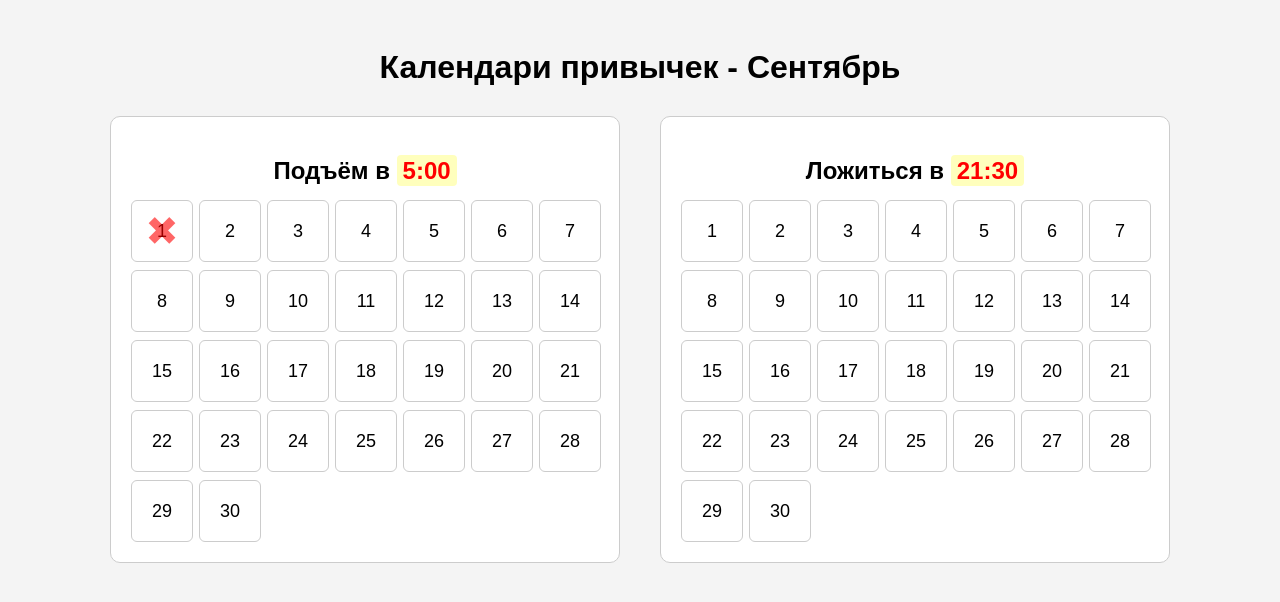
Repository: Pavel1776/doublecalendar
Page: index.html
An editor plug-in stored every save of this project. The page is shown before and after the next save, followed by the edit.
The browser window is 1280 px wide. The pictures show the whole page.
After loading, the first visible `div.day` was clicked once.

Above is the page before, as saved 2025-09-17 15:14:42.

### index.html
<!DOCTYPE html>
<html lang="ru">

<head>
  <meta charset="UTF-8" />
  <meta name="viewport" content="width=device-width, initial-scale=1.0" />
  <link href="style.css" rel="stylesheet" />
  <title>Календари привычек</title>
</head>

<body>

  <h1>Календари привычек - Сентябрь</h1>

  <div class="calendars-container">
    <!-- Первый календарь -->
    <div class="calendar">
      <h2>Подъём в <span class="highlight">5:00</span></h2>
      <div class="calendar-grid" id="calendar1"></div>
    </div>

    <!-- Второй календарь -->
    <div class="calendar">
      <h2>Ложиться в <span class="highlight">21:30</span></h2>
      <div class="calendar-grid" id="calendar2"></div>
    </div>
  </div>

  <script src="script.js"></script>
</body>

</html>

### style.css
body {
  font-family: Arial, sans-serif;
  background: #f4f4f4;
  display: flex;
  flex-direction: column;
  align-items: center;
  padding: 20px;
}

h1 {
  margin-bottom: 30px;
}

.calendars-container {
  display: flex;              /* календари в ряд */
  justify-content: center;
  gap: 40px;                  /* расстояние между ними */
  flex-wrap: wrap;            /* если мало места — перенос */
}

.calendar {
  background: #fff;
  border: 1px solid #ccc;
  border-radius: 10px;
  padding: 20px;
  text-align: center;
}

.calendar h2 {
  margin-bottom: 15px;
}

.calendar-grid {
  display: grid;
  grid-template-columns: repeat(7, 60px);
  gap: 8px;
}

.day {
  width: 60px;
  height: 60px;
  display: flex;
  align-items: center;
  justify-content: center;
  background: white;
  border: 1px solid #ccc;
  font-size: 18px;
  cursor: pointer;
  position: relative;
}

.day.crossed::after {
  content: "✖";
  color: rgba(255, 0, 0, 0.6);
  font-size: 40px;
  position: absolute;
}

.day.success::after {
  content: "✔";
  color: rgba(0, 200, 0, 0.6);
  font-size: 40px;
  position: absolute;
}

.highlight {
  font-weight: bold;
  color: red;
  background-color: rgba(255, 255, 0, 0.3);
  padding: 2px 4px;
  border-radius: 4px;
}
body {
  font-family: Arial, sans-serif;
  background: #f4f4f4;
  display: flex;
  flex-direction: column;
  align-items: center;
  padding: 20px;
}

h1 {
  margin-bottom: 30px;
}

.calendars-container {
  display: flex;
  justify-content: center;
  gap: 40px;
  flex-wrap: wrap;
}

.calendar {
  background: #fff;
  border: 1px solid #ccc;
  border-radius: 10px;
  padding: 20px;
  text-align: center;
  min-width: 460px; /* чтобы сетка 7*60px помещалась */
}

.calendar h2 {
  margin-bottom: 15px;
}

.calendar-grid {
  display: grid;
  grid-template-columns: repeat(7, 60px);
  gap: 8px;
}

.day {
  width: 60px;
  height: 60px;
  display: flex;
  align-items: center;
  justify-content: center;
  background: white;
  border: 1px solid #ccc;
  font-size: 18px;
  cursor: pointer;
  position: relative;
  user-select: none;
  border-radius: 6px;
}

/* Успех — зелёная прозрачная галочка */
.day.success::after {
  content: "✔";
  color: rgba(0, 200, 0, 0.6);
  font-size: 40px;
  position: absolute;
  pointer-events: none;
}

/* Неудача — красный крестик */
.day.fail::after {
  content: "✖";
  color: rgba(255, 0, 0, 0.85);
  font-size: 40px;
  position: absolute;
  pointer-events: none;
}

.highlight {
  font-weight: bold;
  color: red;
  background-color: rgba(255, 255, 0, 0.26);
  padding: 2px 6px;
  border-radius: 4px;
}

### script.js
const daysInSeptember = 30;

// Отдельные массивы для каждого календаря
let crossedDays1 = JSON.parse(localStorage.getItem("crossedDays1")) || [];
let crossedDays2 = JSON.parse(localStorage.getItem("crossedDays2")) || [];

// Функция для отрисовки календаря
function renderCalendar(containerId, crossedDays, storageKey, crossClass) {
  const calendar = document.getElementById(containerId);

  for (let i = 1; i <= daysInSeptember; i++) {
    const day = document.createElement("div");
    day.classList.add("day");
    day.textContent = i;

    if (crossedDays.includes(i)) {
      day.classList.add(crossClass);
    }

    day.addEventListener("click", () => {
      day.classList.toggle(crossClass);

      if (day.classList.contains(crossClass)) {
        crossedDays.push(i);
      } else {
        crossedDays = crossedDays.filter(d => d !== i);
      }

      localStorage.setItem(storageKey, JSON.stringify(crossedDays));
    });

    calendar.appendChild(day);
  }
}

// Первый календарь (крестики)
renderCalendar("calendar1", crossedDays1, "crossedDays1", "crossed");

// Второй календарь (галочки)
renderCalendar("calendar2", crossedDays2, "crossedDays2", "success");

After the next save:
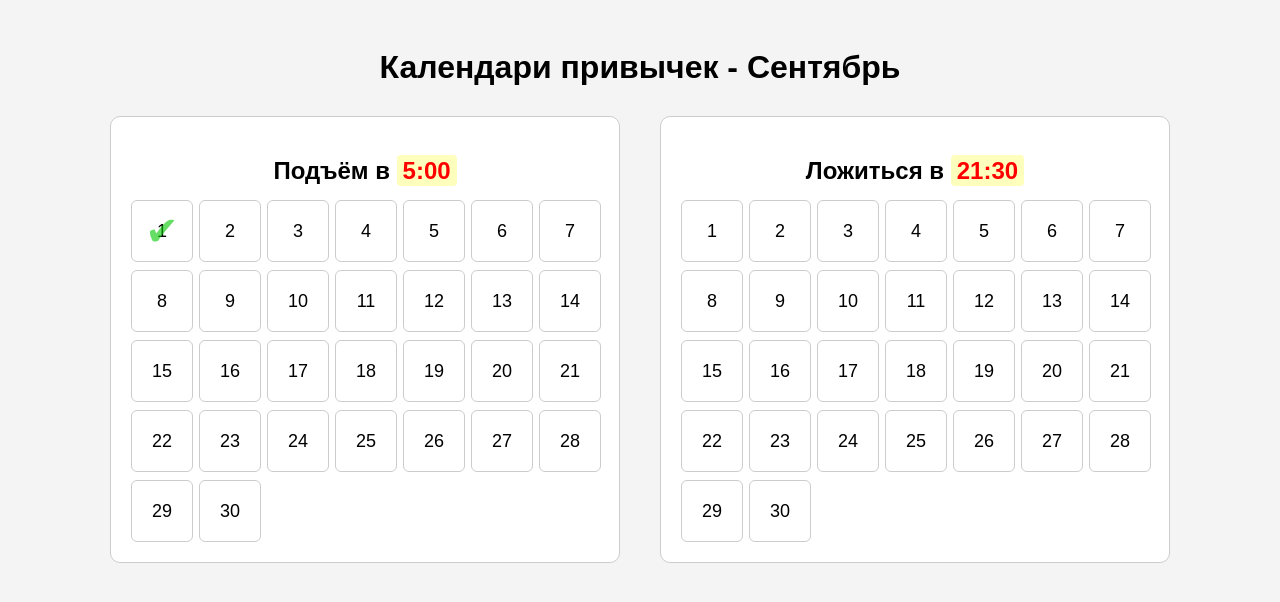
Saved 9 s later.
--- a/script.js
+++ b/script.js
@@ -1,40 +1,49 @@
 const daysInSeptember = 30;
 
-// Отдельные массивы для каждого календаря
-let crossedDays1 = JSON.parse(localStorage.getItem("crossedDays1")) || [];
-let crossedDays2 = JSON.parse(localStorage.getItem("crossedDays2")) || [];
+/**
+ * Рисует календарь в контейнере containerId.
+ * Каждый день хранит статус в localStorage под ключом storageKey:
+ * объект { "1": "success", "2": "fail", ... }
+ */
+function renderCalendar(containerId, storageKey) {
+  const calendar = document.getElementById(containerId);
+  if (!calendar) return;
 
-// Функция для отрисовки календаря
-function renderCalendar(containerId, crossedDays, storageKey, crossClass) {
-  const calendar = document.getElementById(containerId);
+  // Загружаем статус (объект)
+  let dayStatus = JSON.parse(localStorage.getItem(storageKey)) || {};
 
+  // Отрисовываем дни
   for (let i = 1; i <= daysInSeptember; i++) {
     const day = document.createElement("div");
     day.classList.add("day");
     day.textContent = i;
 
-    if (crossedDays.includes(i)) {
-      day.classList.add(crossClass);
-    }
+    // Восстановить статус (если есть)
+    if (dayStatus[i] === "success") day.classList.add("success");
+    if (dayStatus[i] === "fail") day.classList.add("fail");
 
+    // Клик: пусто -> success -> fail -> пусто
     day.addEventListener("click", () => {
-      day.classList.toggle(crossClass);
-
-      if (day.classList.contains(crossClass)) {
-        crossedDays.push(i);
+      if (day.classList.contains("success")) {
+        day.classList.remove("success");
+        day.classList.add("fail");
+        dayStatus[i] = "fail";
+      } else if (day.classList.contains("fail")) {
+        day.classList.remove("fail");
+        delete dayStatus[i];
       } else {
-        crossedDays = crossedDays.filter(d => d !== i);
+        day.classList.add("success");
+        dayStatus[i] = "success";
       }
 
-      localStorage.setItem(storageKey, JSON.stringify(crossedDays));
+      // Сохраняем обновлённый объект в localStorage
+      localStorage.setItem(storageKey, JSON.stringify(dayStatus));
     });
 
     calendar.appendChild(day);
   }
 }
 
-// Первый календарь (крестики)
-renderCalendar("calendar1", crossedDays1, "crossedDays1", "crossed");
-
-// Второй календарь (галочки)
-renderCalendar("calendar2", crossedDays2, "crossedDays2", "success");
+// Отрисовать оба календаря (разные ключи в localStorage)
+renderCalendar("calendar1", "morningStatus");
+renderCalendar("calendar2", "bedtimeStatus");
